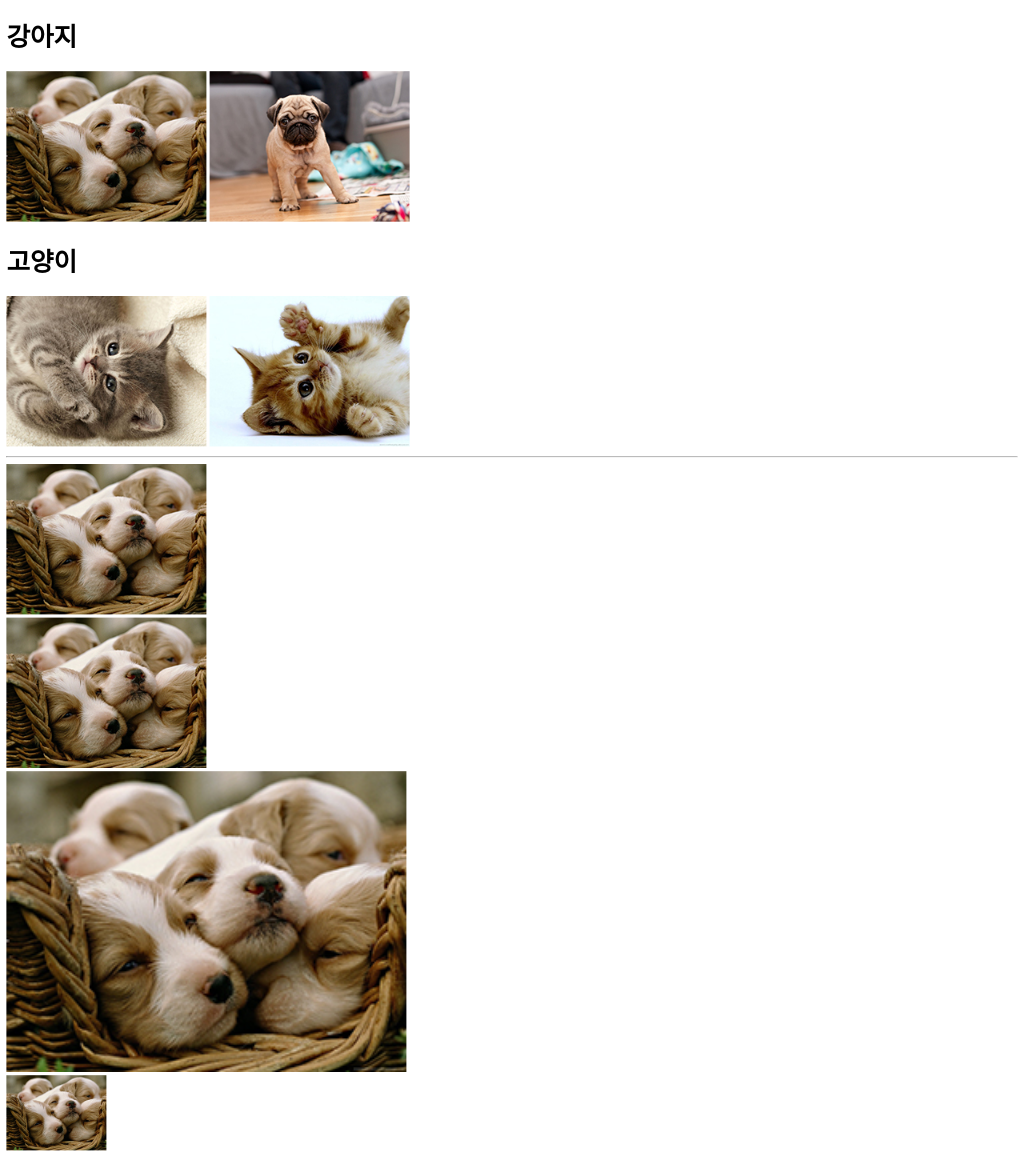
Repository: kmd192kmd/Web
Page: html/HtmlTest/src/main/webapp/ex12_image.html
An editor plug-in stored every save of this project. The page is shown before and after the next save, followed by the edit.
The browser window is 1280 px wide. The pictures show the whole page, at 80% of full size.

Above is the page before, as saved 2026-02-13 03:37:05.

### html/HtmlTest/src/main/webapp/ex12_image.html
<!DOCTYPE html>
<html>
<head>
<meta charset="UTF-8">
<title>Insert title here</title>
</head>
<body>
	<!--

		<img>, Image
		- 이미지를 출력하는 태그
		- 단독 태그
		- 인라인 태그


		img.src
			- 이미지 경로 URL

		img.alt
			- Alternate Text
			- 대체 텍스트
			- 이미지를 설명하는 텍스트(메타 데이터)
			- 필수 속성
			- 장애인용 텍스트
			- 이미지 검색용

	 -->

	 <h1>강아지</h1>

	 <img src="images/dog01.jpg" alt="강아지 오형제">
	 <img src="images/dog02.jpg">

	 <h1>고양이</h1>

	 <img src="images/cat01.jpg">
	 <img src="images/cat02.jpg">

	 <hr>
	  <img src="images/dog01.jpg"><br>
	  <img src="images/dog01.jpg" width="250" height="188"><br>
	  <img src="images/dog01.jpg" width="500" height="376"><br>
	  <img src="images/dog01.jpg" width="125" height="94"><br>

</body>
</html>

After the next save:
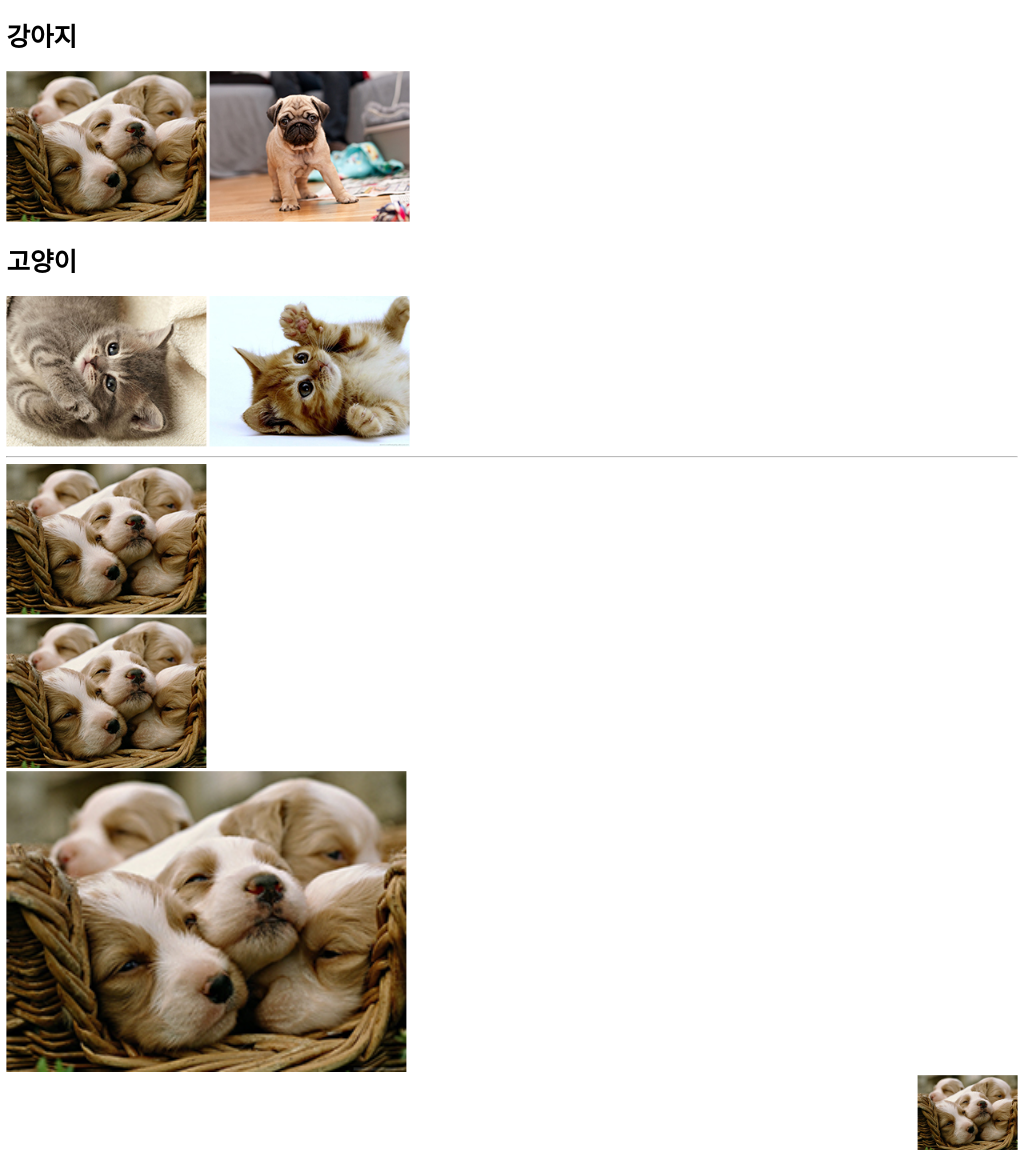
Saved 6 min 12 s later.
--- a/html/HtmlTest/src/main/webapp/ex12_image.html
+++ b/html/HtmlTest/src/main/webapp/ex12_image.html
@@ -40,7 +40,7 @@
 	  <img src="images/dog01.jpg"><br>
 	  <img src="images/dog01.jpg" width="250" height="188"><br>
 	  <img src="images/dog01.jpg" width="500" height="376"><br>
-	  <img src="images/dog01.jpg" width="125" height="94"><br>
+	  <img src="images/dog01.jpg" width="125" height="94" align="right"><br>
 
 </body>
 </html>
